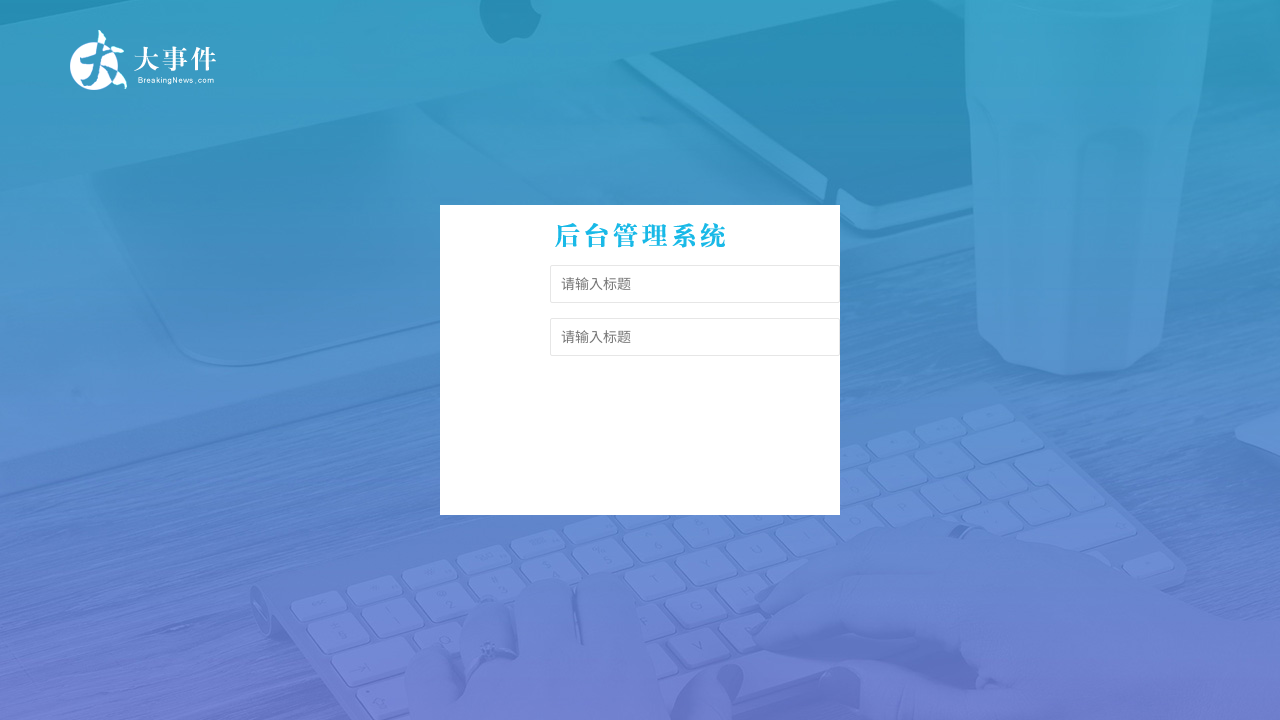
Repository: xxsleep/-
Page: home/login.html
An editor plug-in stored every save of this project. The page is shown before and after the next save, followed by the edit.
The browser window is 1280 px wide. The pictures show the whole page.

Above is the page before, as saved 2020-11-23 11:19:04.

### home/login.html
<!DOCTYPE html>
<html lang="en">

<head>
    <meta charset="UTF-8">
    <meta name="viewport" content="width=device-width, initial-scale=1.0">
    <title>75期-大事件后台登录页面</title>
    <link rel="stylesheet" href="/assets/lib/layui/css/layui.css">
    <link rel="stylesheet" href="/assets/css/login.css">
</head>

<body>

    <div class="head layui-main">
        <img src="../assets/images/logo.png" alt="">
    </div>
    <div class="loginbox">
        <div class="title">
        </div>
        <form class="layui-form" action="">
            <div class="layui-form-item">
                <div class="layui-input-block">
                    <input type="text" name="title" required lay-verify="required" placeholder="请输入标题"
                        autocomplete="off" class="layui-input">
                </div>
            </div>
            <div class="layui-form-item">
                <div class="layui-input-block">
                    <input type="text" name="title" required lay-verify="required" placeholder="请输入标题"
                        autocomplete="off" class="layui-input">
                </div>
            </div>
        </form>
    </div>
</body>

</html>

### assets/css/login.css
html, body {
  width: 100%;
  height: 100%;
  background: url(../images/login_bg.jpg) no-repeat center center/cover;
  overflow: hidden;
}

.head {
  margin-top: 30px;
}

.container {
  position: relative;
}

.loginbox {
  width: 400px;
  height: 310px;
  position: absolute;
  top: 50%;
  left: 50%;
  transform: translate(-50%, -50%);
  background-color: #fff;
}

.loginbox .title {
  height: 60px;
  line-height: 60px;
  background: url(/assets/images/login_title.png) no-repeat center;
}

Loaded but not shown: assets/lib/layui/css/layui.css (library)

After the next save:
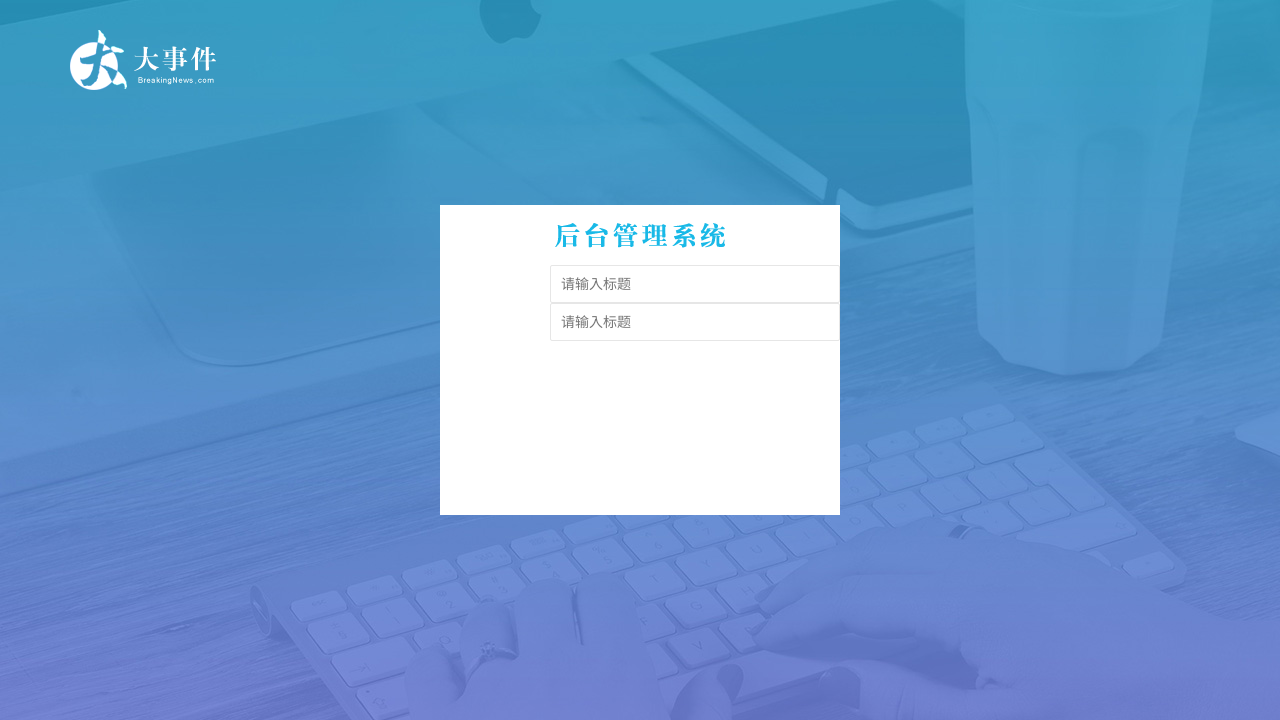
Saved 59 s later.
--- a/home/login.html
+++ b/home/login.html
@@ -18,18 +18,18 @@
         <div class="title">
         </div>
         <form class="layui-form" action="">
-            <div class="layui-form-item">
-                <div class="layui-input-block">
-                    <input type="text" name="title" required lay-verify="required" placeholder="请输入标题"
-                        autocomplete="off" class="layui-input">
-                </div>
+
+            <div class="layui-input-block">
+                <input type="text" name="title" required lay-verify="required" placeholder="请输入标题" autocomplete="off"
+                    class="layui-input">
             </div>
-            <div class="layui-form-item">
-                <div class="layui-input-block">
-                    <input type="text" name="title" required lay-verify="required" placeholder="请输入标题"
-                        autocomplete="off" class="layui-input">
-                </div>
+
+
+            <div class="layui-input-block">
+                <input type="text" name="title" required lay-verify="required" placeholder="请输入标题" autocomplete="off"
+                    class="layui-input">
             </div>
+
         </form>
     </div>
 </body>

After the 2 saves that followed:
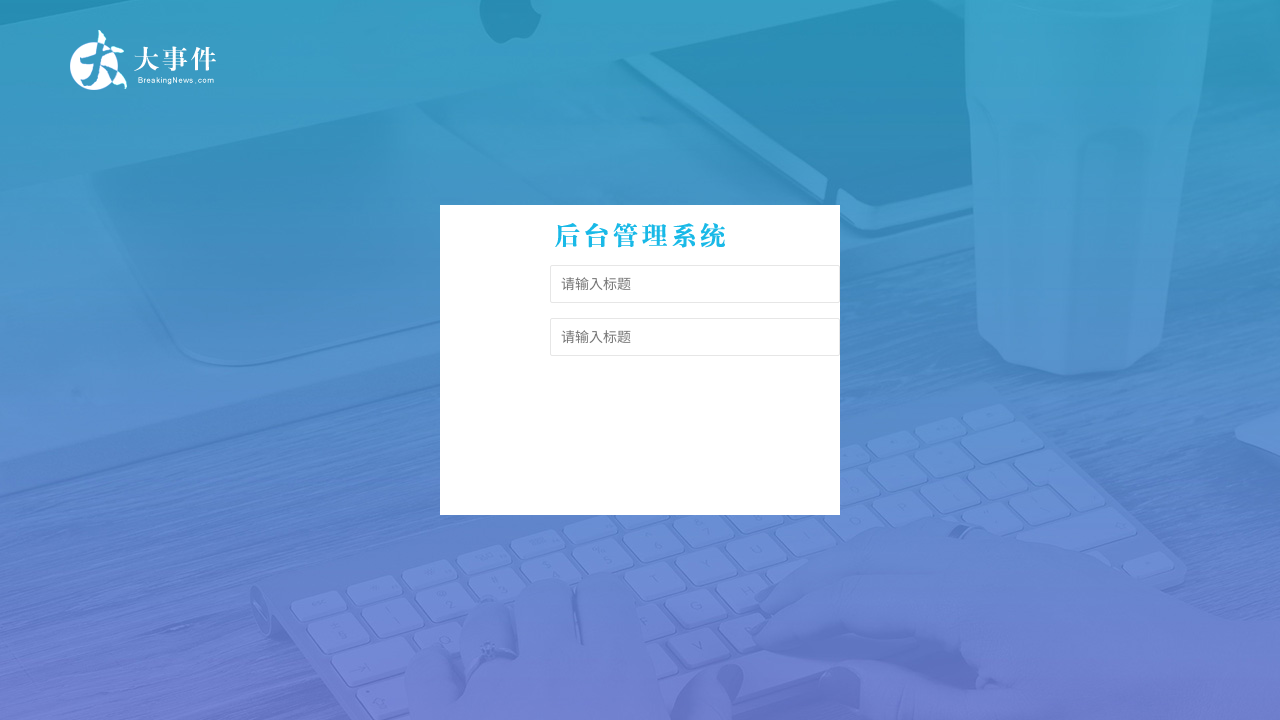
The 2 saves are shown as one change because 1 left the picture as it was.
The last was saved 66 s later.
--- a/home/login.html
+++ b/home/login.html
@@ -24,13 +24,13 @@
                     class="layui-input">
             </div>
 
-
+            <div class="layui-form-item"></div>
             <div class="layui-input-block">
                 <input type="text" name="title" required lay-verify="required" placeholder="请输入标题" autocomplete="off"
                     class="layui-input">
             </div>
-
-        </form>
+    </div>
+    </form>
     </div>
 </body>
 
